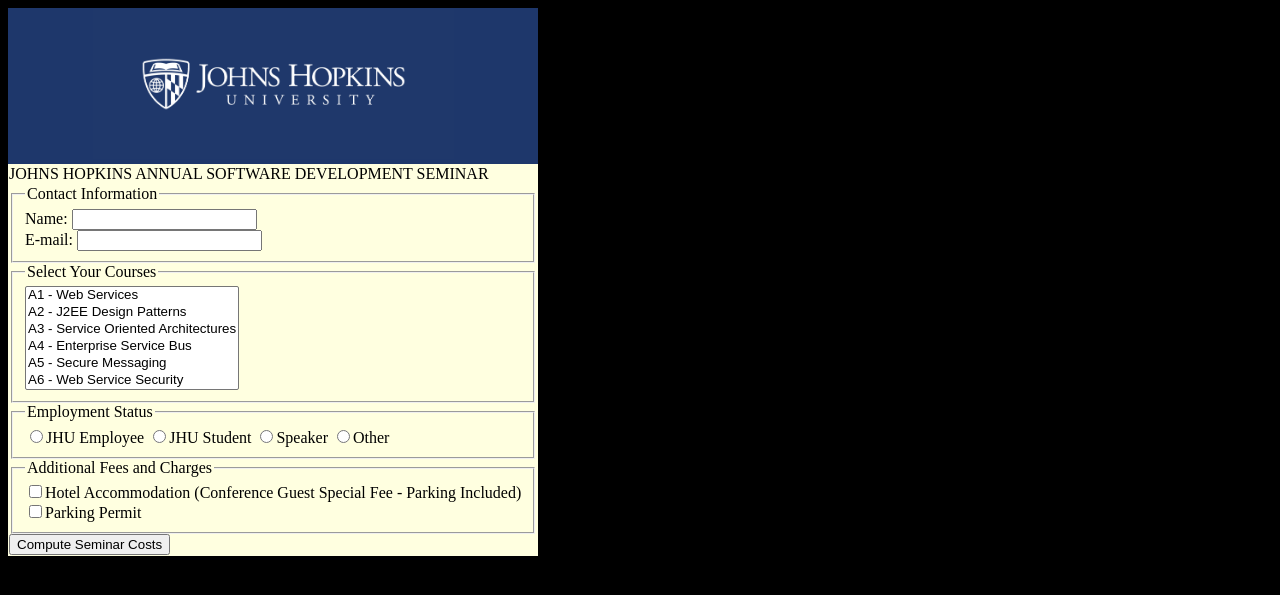
Repository: justinjwk/eclipse-workspace
Page: http://localhost/Homework2/
An editor plug-in stored every save of this project. The page is shown before and after the next save, followed by the edit.
The browser window is 1280 px wide. The pictures show the whole page.
The page is served by Tomcat 9.

Above is the page before, as saved 2019-06-12 03:13:24.

After the next save:
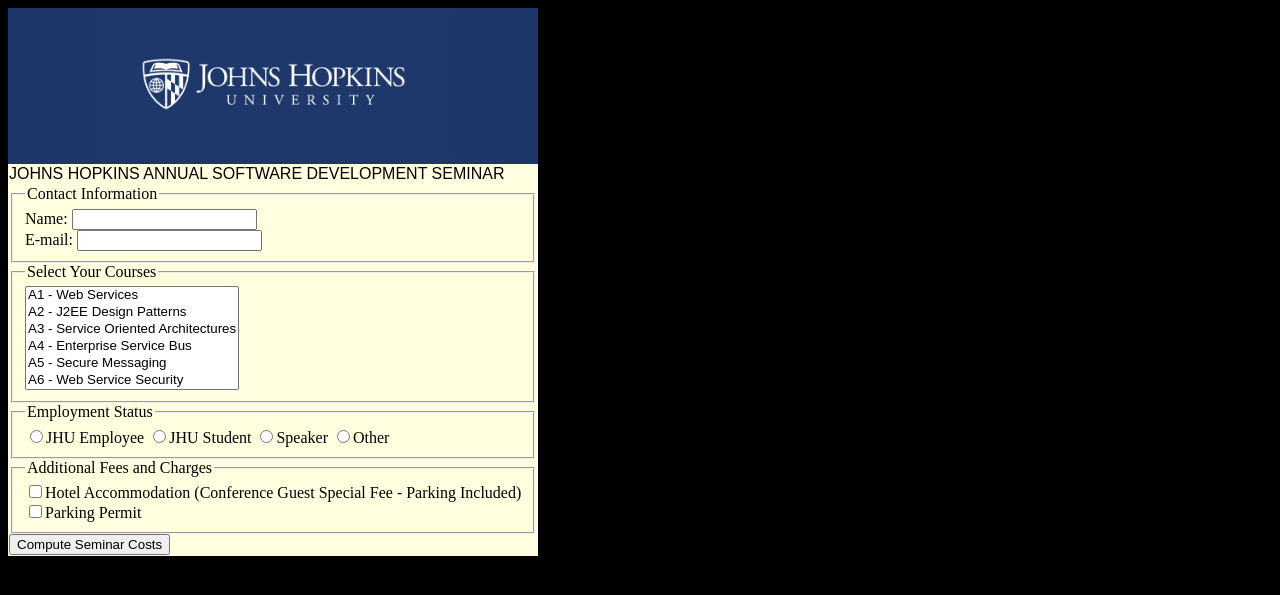
Saved 33 s later.
--- a/Homework2/WebContent/jkim342.css
+++ b/Homework2/WebContent/jkim342.css
@@ -11,6 +11,11 @@
 	text-align: left;
 }
 
+.tableHeader {
+	text-algin: center;
+	font-family: Arial;
+}
+
 th {
 	text-algin: center;
 	font-family: Arial;
